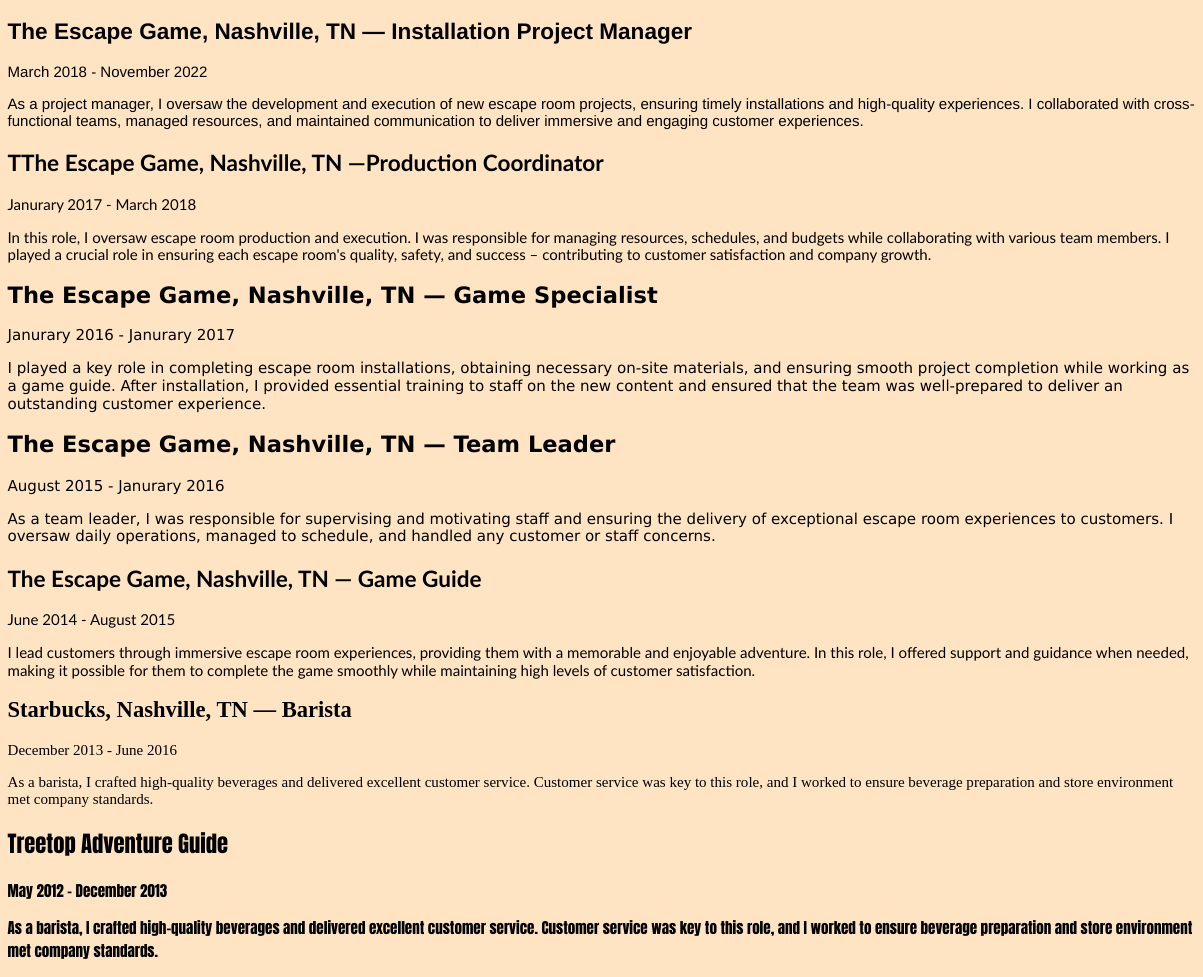
Repository: jgramirez0210/LAB-HTML-Resume
Page: index.html
An editor plug-in stored every save of this project. The page is shown before and after the next save, followed by the edit.
The browser window is 1280 px wide. The pictures show the whole page, at 94% of full size.

Above is the page before, as saved 2023-10-10 15:30:19.

After the next save:
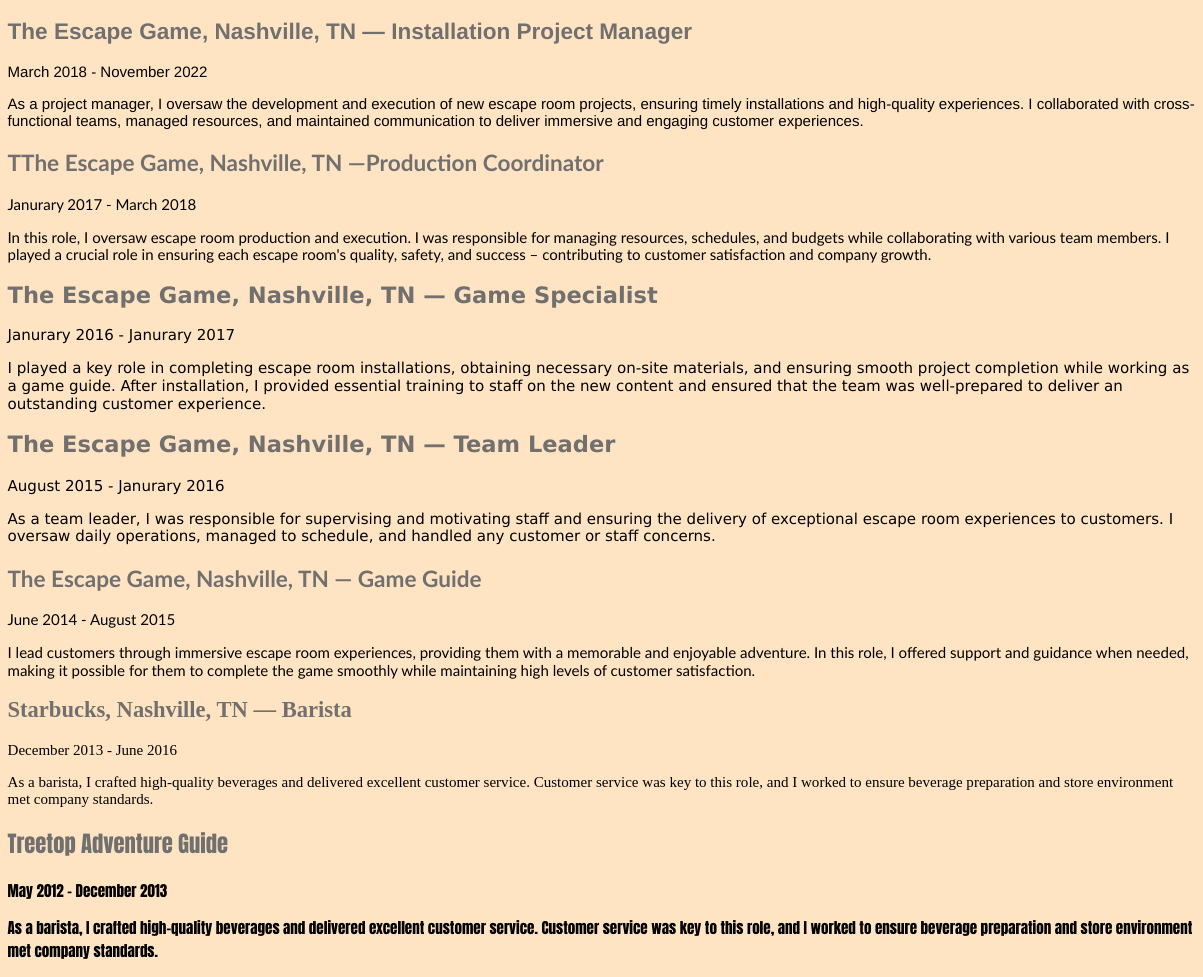
Saved 5 s later.
--- a/main.css
+++ b/main.css
@@ -20,7 +20,7 @@
   font-family:Impact, Haettenschweiler, 'Arial Narrow Bold', sans-serif
 }
 h2 {
-  color: #71;
+  color: #71706e;
 }
 body {
 background-color: bisque;
